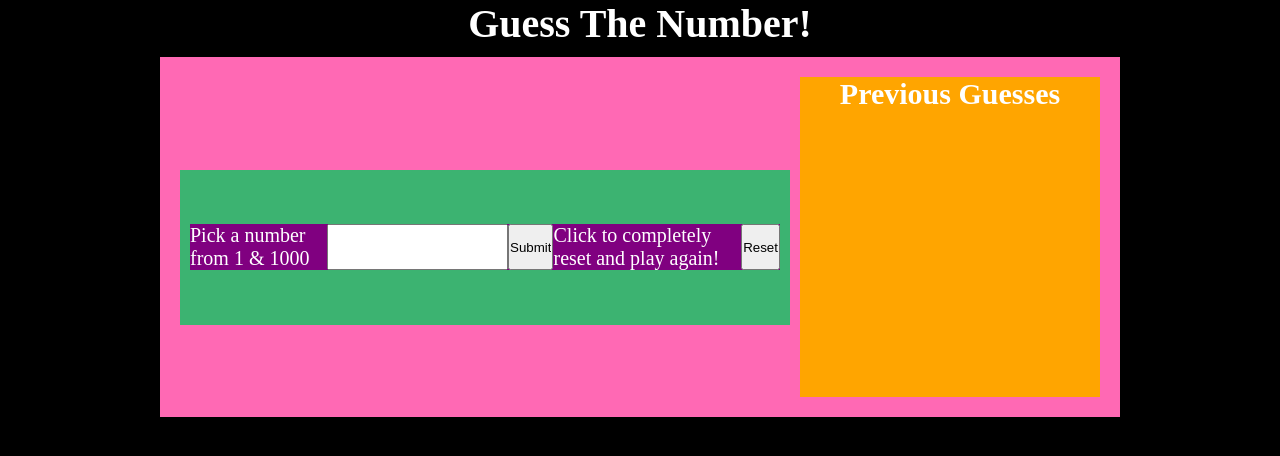
Repository: mlmEFSC21/P14-Guessing-Game
Page: guess.html
The author's editor kept a copy of each file at every save. The page is drawn from the files as they stood at one save, then again after the next save.
The browser window is 1280 px wide. The pictures show the whole page.

Above is the page before, as saved 2022-03-17 14:35:07.

### guess.html
<!DOCTYPE html>
<html lang="en">
    <head>
        <meta charset="UTF-8" />
        <meta http-equiv="X-UA-Compatible" content="IE=edge" />
        <meta name="viewport" content="width=device-width, initial-scale=1.0" />
        <link rel="stylesheet" href="guess.css" />
        <script src="guess.js" defer></script>
        <title>Guessing Game</title>
    </head>
    <body>
        <header>
            <h1 class="pageTitle">Guess The Number!</h1>
        </header>
        <section>
            <div class="gameContainer" id="container">
                <div class="results" id="results">
                    <form action="#" class="inputForm">
                        <label for="guessInput">Pick a number from 1 & 1000</label>
                        <input type="text" name="guessInput" id="guessInput" />
                        <input type="button" id="submitBtn" value="Submit" />
                        <label for="resetBtn">Click to completely reset and play again!</label>
                        <input type="button" id="resetBtn" value="Reset" />
                    </form>
                </div>
                <div class="guessesContainer" id="guessesContainer">
                    <h2>Previous Guesses</h2>
                    <ul class="guesses" id="guessList"></ul>
                </div>
            </div>
        </section>
    </body>
</html>

### guess.css
*,
*::after,
*::before {
    box-sizing: border-box;
    margin: 0;
    padding: 0;
}
body {
    background-color: black;
    color: white;
    font-size: 1.25rem;
}
.pageTitle {
    text-align: center;
}
.gameContainer {
    background-color: hotpink;
    display: grid;
    max-width: 960px;
    height: 50vh;
    margin: 10px auto;
    padding: 20px;
    grid-template-columns: repeat(3, 1fr);
    grid-template-rows: repeat(4, 1fr);
    grid-auto-rows: minmax(200px, auto);
    gap: 10px;
    align-items: start;
    justify-content: center;
}
.results {
    background-color: mediumseagreen;
    display: flex;
    flex-direction: column-reverse;
    margin: 10px auto;
    padding: 10px;
    grid-column: 1/3;
    grid-row: 2 / 4;
    height: 100%;
    justify-content: center;
    align-items: center;
}
.inputForm {
    display: flex;
    justify-content: space-around;
    align-items: space-around;
    background-color: purple;
}
.guessesContainer {
    background-color: orange;
    display: flex;
    flex-direction: column;
    height: 100%;
    grid-row: 1 / 5;
    align-items: center;
}

### guess.js
let randomNumber = Math.floor(Math.random() * 10 + 1);
let guesses = [];

const guessInput = document.getElementById("guessInput");
const resultsDiv = document.getElementById("results");
const submitButton = document.getElementById("submitBtn");
const resetButton = document.getElementById("resetBtn");
const p = document.createElement("p");
const ul = document.getElementById("guessList");
const li = document.createElement("li");
const guessesContainer = document.getElementById("guessesContainer");
const h3 = document.createElement("h3");

//checks to see if the guess is higher, lower, or equal to
function checkGuess() {
    const currentGuess = Number(guessInput.value);
    if (currentGuess == randomNumber) {
        guesses.push(currentGuess);
        p.innerText = "Congratulations! You guessed the number!";
        resultsDiv.append(p);
        countGuesses();
    }
    if (currentGuess < randomNumber) {
        guesses.push(currentGuess);
        p.innerText = "Too low. Try again!";
        resultsDiv.append(p);
        trackGuesses();
    }
    if (currentGuess > randomNumber) {
        guesses.push(currentGuess);
        p.innerText = "Too high. Try again!";
        resultsDiv.append(p);
        trackGuesses();
    }
}
//tracks previous guess in a <ul>. Removes <li> and populates from guesses[] each time.
function trackGuesses() {
    while (ul.hasChildNodes()) {
        ul.removeChild(ul.firstChild);
    }
    for (i = 0; i <= guesses.length - 1; i++) {
        let li = document.createElement("li");
        li.innerText = guesses[i];
        ul.appendChild(li);
    }
}

//counts how many guesses. Uses array length.
function countGuesses() {
    let numOfGuesses = guesses.length;
    h3.innerText = `It took you ${numOfGuesses} guesses!`;
    guessesContainer.append(h3);
}
// creates a new random number for replay
function newRNG() {
    randomNumber = Math.floor(Math.random() * 10 + 1);
}
//resets the game completely.
function resetGame() {
    p.innerText = "";
    resultsDiv.append(p);
    while (ul.hasChildNodes()) {
        ul.removeChild(ul.firstChild);
    }
    guesses = [];
    newRNG();
}

submitButton.addEventListener("click", checkGuess);
resetButton.addEventListener("click", resetGame);
//logging random number for debugging. DELETE LATER
console.log(randomNumber);
console.log(guesses);

After the next save:
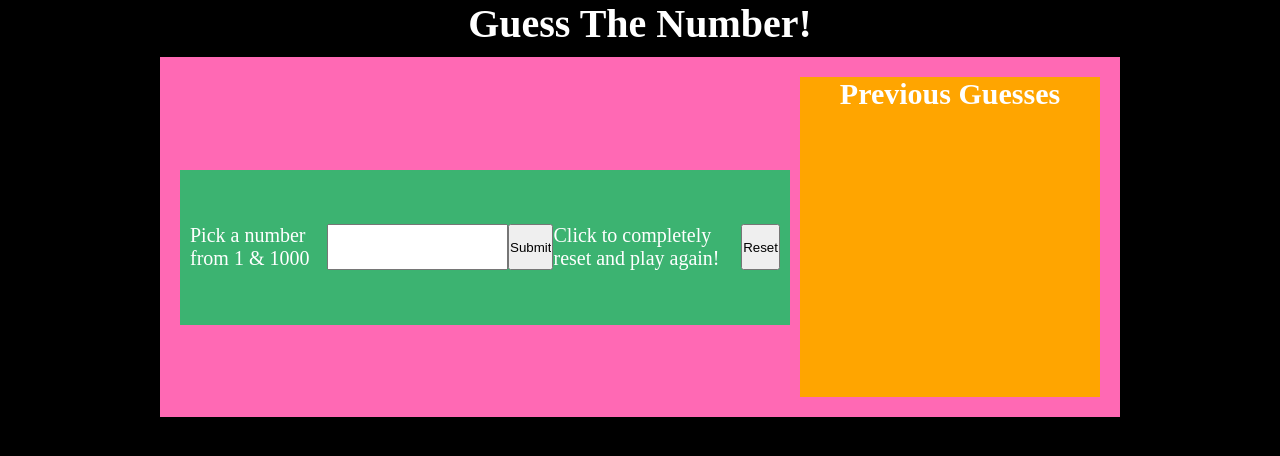
Saved 12 s later.
--- a/guess.css
+++ b/guess.css
@@ -43,7 +43,6 @@ body {
     display: flex;
     justify-content: space-around;
     align-items: space-around;
-    background-color: purple;
 }
 .guessesContainer {
     background-color: orange;
